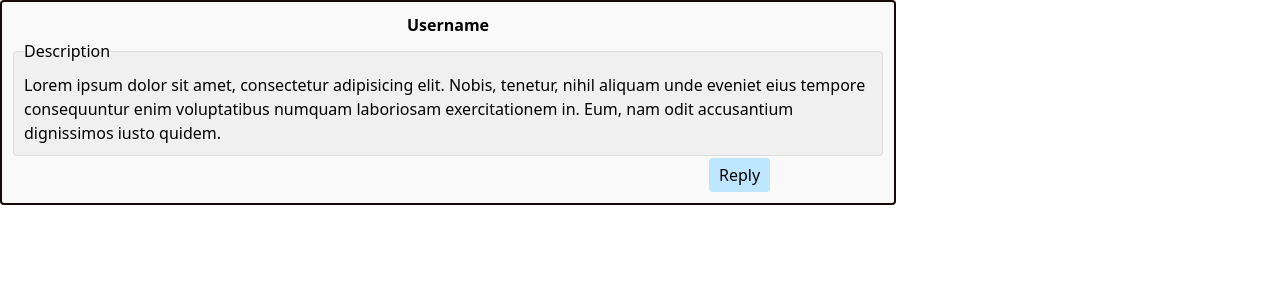
Repository: Yahya9102/Java22-ux22-Sideproject-main
Page: /
An editor plug-in stored every save of this project. The page is shown before and after a run of saves, followed by the edit.
The browser window is 1280 px wide. The pictures show the whole page.
The project was rebuilt for these pictures with package versions that can differ from the ones it lists, and the page was loaded fresh each time. The framework's server and built-in components were replaced by stand-ins that run in the browser. Also part of the build but not shown: next.config.js.

Above is the page before, as saved 2023-04-13 10:23:25.

### pages/index.tsx
import { NextPage } from "next"
import Body from "@/p-components/body"

interface Props {}

const Index: NextPage<Props> = ({}) => {
  return (
    <div>
      <Body />
    </div>
  )
}

export default Index

### styles/globals.css
@tailwind base;
@tailwind components;
@tailwind utilities;
/*
:root {
  --max-width: 1100px;
  --border-radius: 12px;
  --font-mono: ui-monospace, Menlo, Monaco, "Cascadia Mono", "Segoe UI Mono",
    "Roboto Mono", "Oxygen Mono", "Ubuntu Monospace", "Source Code Pro",
    "Fira Mono", "Droid Sans Mono", "Courier New", monospace;

  --foreground-rgb: 0, 0, 0;
  --background-start-rgb: 214, 219, 220;
  --background-end-rgb: 255, 255, 255;

  --primary-glow: conic-gradient(
    from 180deg at 50% 50%,
    #16abff33 0deg,
    #0885ff33 55deg,
    #54d6ff33 120deg,
    #0071ff33 160deg,
    transparent 360deg
  );
  --secondary-glow: radial-gradient(
    rgba(255, 255, 255, 1),
    rgba(255, 255, 255, 0)
  );

  --tile-start-rgb: 239, 245, 249;
  --tile-end-rgb: 228, 232, 233;
  --tile-border: conic-gradient(
    #00000080,
    #00000040,
    #00000030,
    #00000020,
    #00000010,
    #00000010,
    #00000080
  );

  --callout-rgb: 238, 240, 241;
  --callout-border-rgb: 172, 175, 176;
  --card-rgb: 180, 185, 188;
  --card-border-rgb: 131, 134, 135;
}

@media (prefers-color-scheme: dark) {
  :root {
    --foreground-rgb: 255, 255, 255;
    --background-start-rgb: 0, 0, 0;
    --background-end-rgb: 0, 0, 0;

    --primary-glow: radial-gradient(rgba(1, 65, 255, 0.4), rgba(1, 65, 255, 0));
    --secondary-glow: linear-gradient(
      to bottom right,
      rgba(1, 65, 255, 0),
      rgba(1, 65, 255, 0),
      rgba(1, 65, 255, 0.3)
    );

    --tile-start-rgb: 2, 13, 46;
    --tile-end-rgb: 2, 5, 19;
    --tile-border: conic-gradient(
      #ffffff80,
      #ffffff40,
      #ffffff30,
      #ffffff20,
      #ffffff10,
      #ffffff10,
      #ffffff80
    );

    --callout-rgb: 20, 20, 20;
    --callout-border-rgb: 108, 108, 108;
    --card-rgb: 100, 100, 100;
    --card-border-rgb: 200, 200, 200;
  }
}

* {
  box-sizing: border-box;
  padding: 0;
  margin: 0;
}

html,
body {
  max-width: 100vw;
  overflow-x: hidden;
}

body {
  color: rgb(var(--foreground-rgb));
  background: linear-gradient(
      to bottom,
      transparent,
      rgb(var(--background-end-rgb))
    )
    rgb(var(--background-start-rgb));
}

a {
  color: inherit;
  text-decoration: none;
}

@media (prefers-color-scheme: dark) {
  html {
    color-scheme: dark;
  }
}
*/

### p-components/body.tsx
import { NextPage } from "next"
import styles from "p-components/styles/body.module.css"

interface Props {}

const Body: NextPage<Props> = ({}) => {
  return (
    <fieldset className={styles.fieldset_body}>
      <table>
        <thead>
          <tr>
            <th className={styles.tableHeader_body}>Username</th>
          </tr>
        </thead>

        <tbody>
          <tr>
            <td>
              <fieldset className={styles.fieldset_row}>
                <legend>Description</legend>
                <p>
                  Lorem ipsum dolor sit amet, consectetur adipisicing elit.
                  Nobis, tenetur, nihil aliquam unde eveniet eius tempore
                  consequuntur enim voluptatibus numquam laboriosam
                  exercitationem in. Eum, nam odit accusantium dignissimos iusto
                  quidem.
                </p>
              </fieldset>
            </td>
          </tr>

          <tr>
            <td>
              <button className={styles.table_button}>Reply</button>
            </td>
          </tr>
        </tbody>
      </table>
    </fieldset>
  )
}

export default Body

### p-components/styles/body.module.css
/* Add a background color and border to the fieldset */
.fieldset_body {
  background-color: #f9f9f9;
  border: 2px solid rgb(23, 9, 9);
  border-radius: 4px;
  padding: 10px;
  width: 70%;
}

.table_button {
  background-color: #bfe6ff;
  border-radius: 4px;
  padding: 5px 10px;
  margin-left: 80%;
}

.fieldset_row {
  background-color: #f0f0f0;
  border: 1px solid #ddd;
  border-radius: 4px;
  padding: 10px;
}

Loaded but not shown: pages/_app.tsx (common file); pages/_document.tsx (common file); tailwind.config.js (common file)

After the next 2 saves:
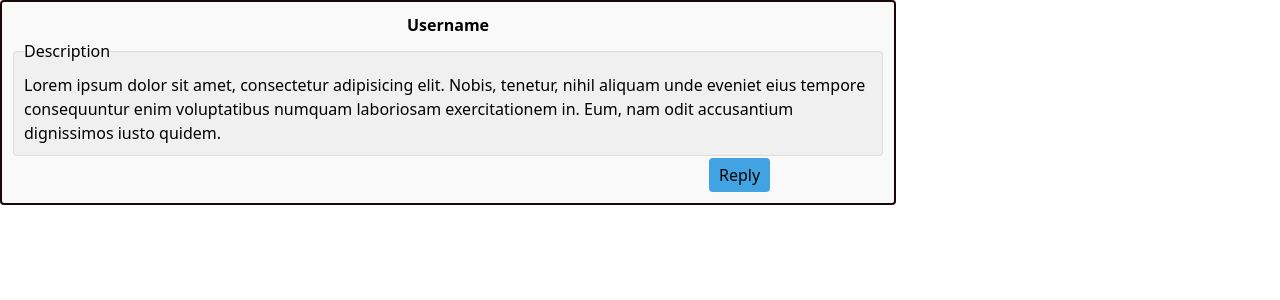
The 2 saves are shown as one change because they came seconds apart.
The last was saved 10 s later.
--- a/p-components/styles/body.module.css
+++ b/p-components/styles/body.module.css
@@ -8,7 +8,7 @@
 }
 
 .table_button {
-  background-color: #bfe6ff;
+  background-color: #41a3e1;
   border-radius: 4px;
   padding: 5px 10px;
   margin-left: 80%;
